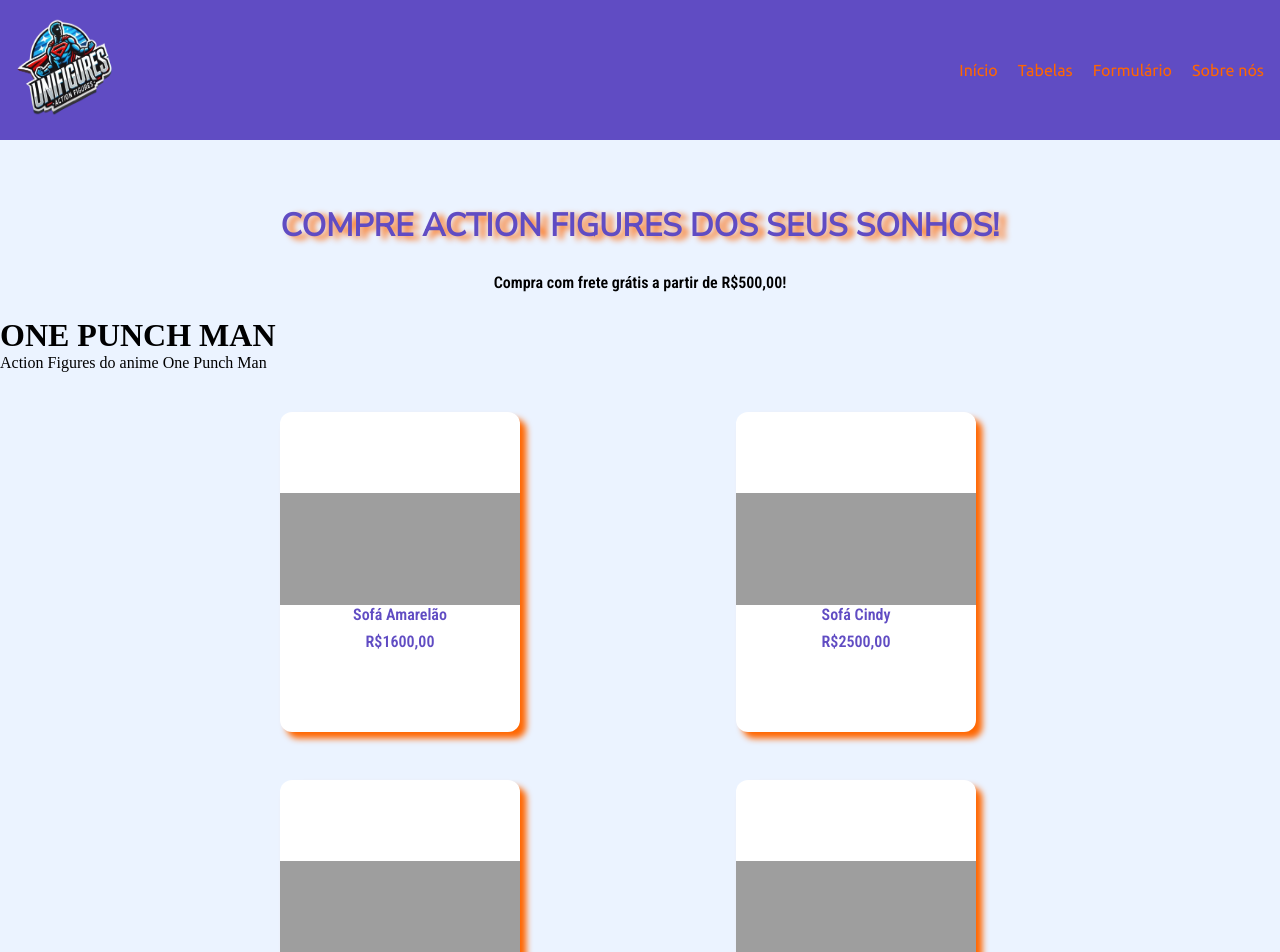
Repository: rafaelhaltarribaFacul/projeto-site
Page: home.html
These files come from the project's save history. The page is drawn as it stood at one moment and after the next save; the edit follows.
The browser window is 1280 px wide. The pictures show the part of the page from y = 0 to 952 px (the page is 1821 px tall before and 1876 px after).
Pictures or frames that could not be fetched are drawn as grey boxes. A picture or video elsewhere on the page could not be fetched, so the positions and the page height are approximate. Some web fonts or font styles are not loaded; a fallback is used.

Above is the page before, as saved 2024-09-19 20:41:09.

After the next save:
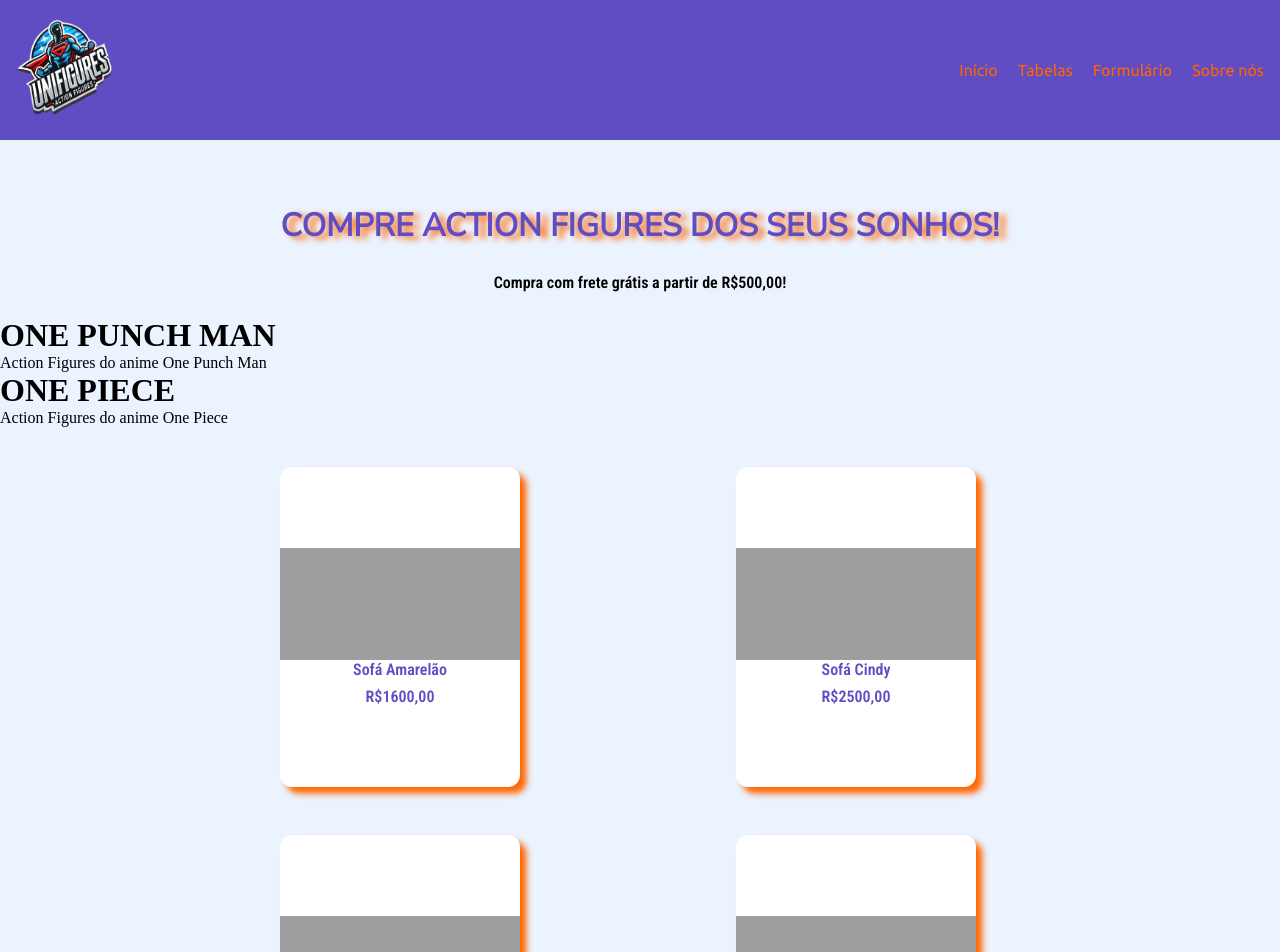
Saved 22 s later.
--- a/home.html
+++ b/home.html
@@ -30,14 +30,20 @@
         </p>
       </div>
 
-      <div class="sub-titulo">
+      <div class="sub-titulo1">
         <h1>ONE PUNCH MAN</h1>
       </div>
       <p>
         Action Figures do anime One Punch Man
       </p>
     </div>
-
+    <div class="sub-titulo2">
+        <h1>ONE PIECE</h1>
+      </div>
+      <p>
+        Action Figures do anime One Piece
+      </p>
+    </div>
       <div class="cart-items-container">
         <a href="produtos.html" aria-label="Ver detalhes do Sofá Amarelão">
           <div class="cart-item">
